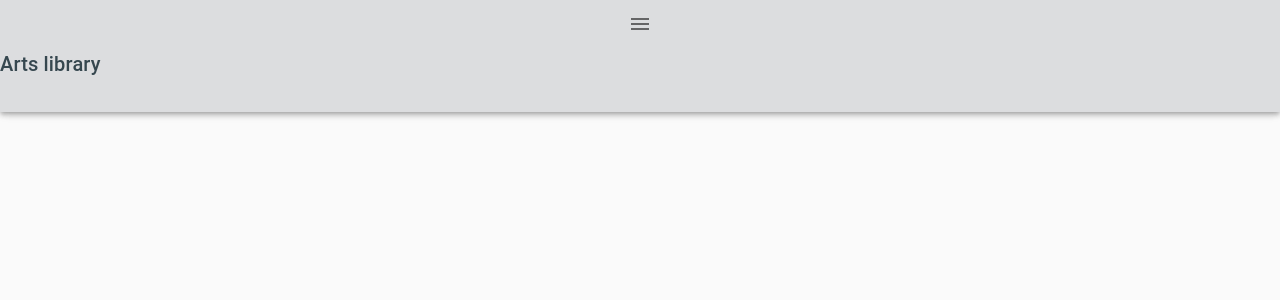
Repository: milosKomiRajkovic94/library-of-known-art
Page: /
An editor plug-in stored every save of this project. The page is shown before and after the next save, followed by the edit.
The browser window is 1280 px wide. The pictures show the whole page.
The project was rebuilt for these pictures with package versions that can differ from the ones it lists, and the page was loaded fresh each time.

Above is the page before, as saved 2020-03-05 11:09:57.

After the next save:
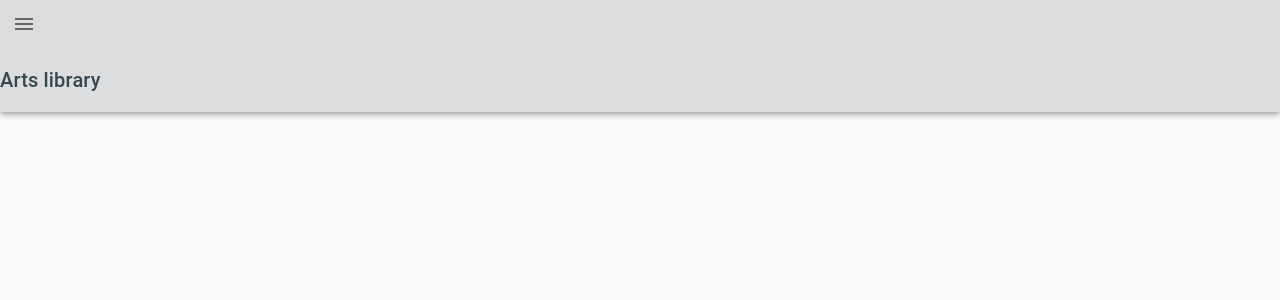
Saved 47 s later.
--- a/src/scss/_header.scss
+++ b/src/scss/_header.scss
@@ -1,9 +1,9 @@
 .MuiToolbar-root.MuiToolbar-regular.toolbar.MuiToolbar-gutters {
-    display: inline-block;
     padding: 0px;
 }
 
 header.MuiPaper-root.MuiAppBar-root.MuiAppBar-positionFixed.MuiAppBar-colorPrimary.appBar.mui-fixed.MuiPaper-elevation4 {
     background-color: #DCDDDF;
     color: #36474F;
+    display: inline-block;
 }
